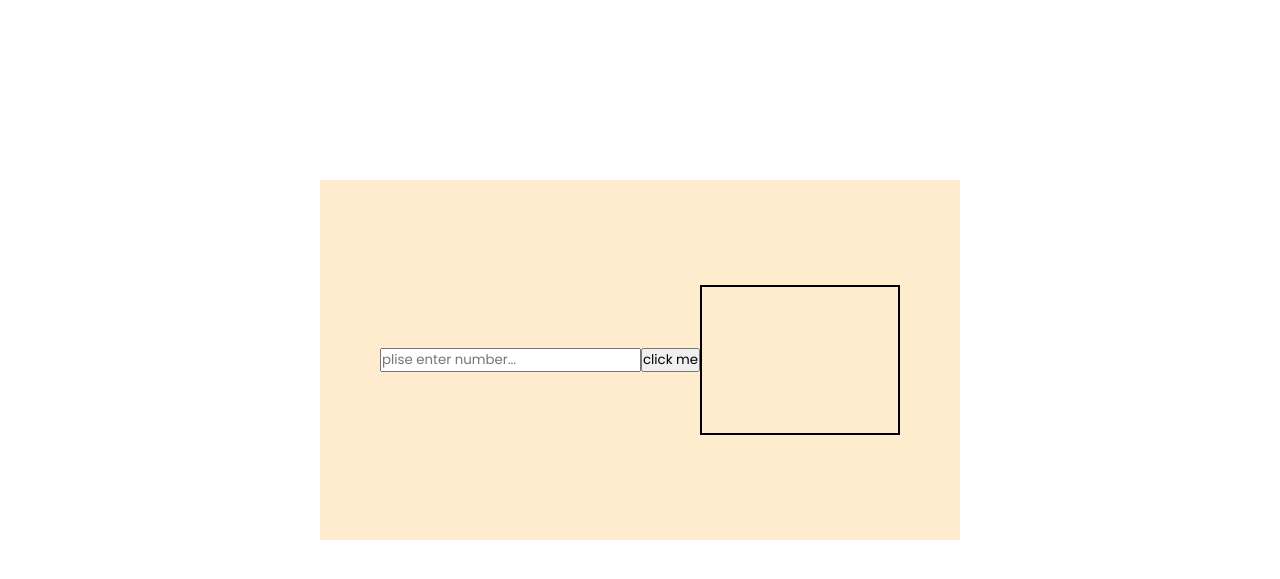
Repository: LusyaPetrosyan/Guessing-Game
Page: index.html
An editor plug-in stored every save of this project. The page is shown before and after the next save, followed by the edit.
The browser window is 1280 px wide. The pictures show the whole page.

Above is the page before, as saved 2022-02-21 21:38:52.

After the next save:
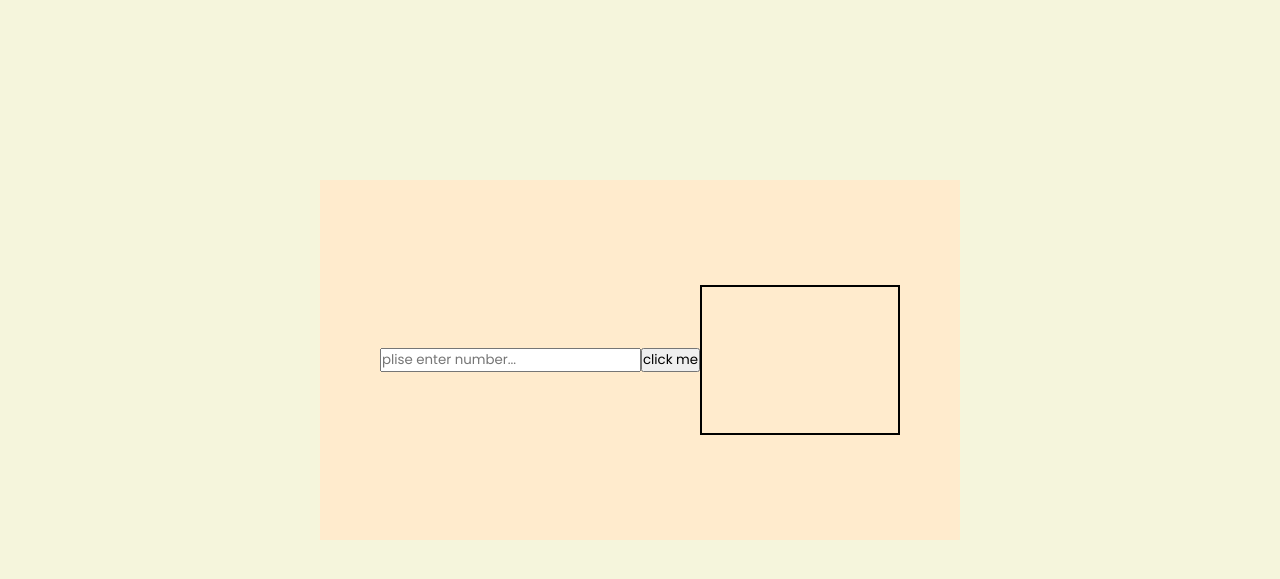
Saved 8 s later.
--- a/style.css
+++ b/style.css
@@ -7,7 +7,7 @@
 }
 
 .body {
-    background-color: ;
+    background-color: beige;
     position: absolute;
     width: 100%;
     height: 100%;
